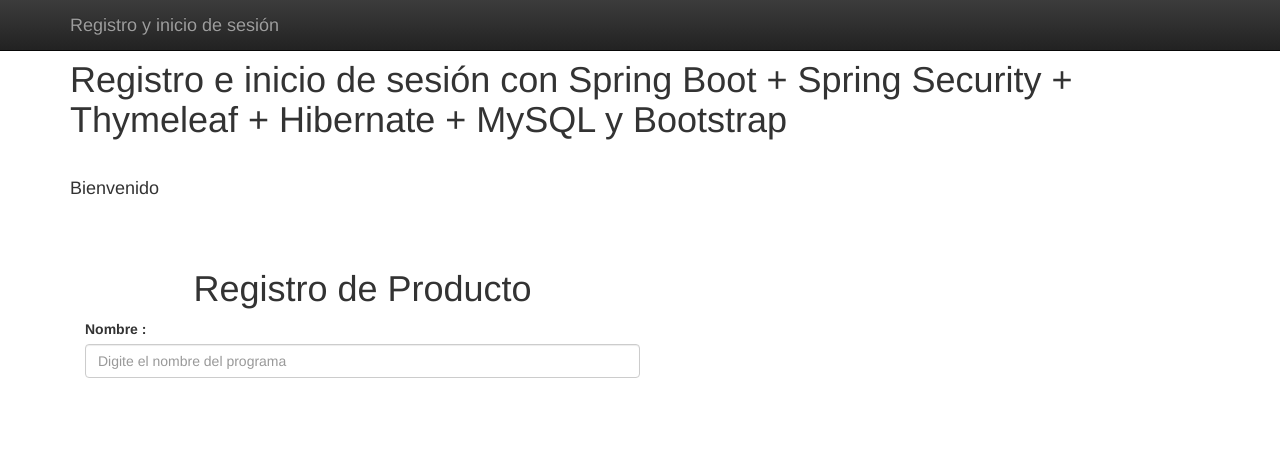
Repository: AndresBR2003/Proyecto-Integrador
Page: http://localhost/nuevo_programa
These files come from the project's save history. The page is drawn as it stood at one moment and after the next save; the edit follows.
The browser window is 1280 px wide. The pictures show the whole page.
The page is this project's Thymeleaf template; nobody is signed in. The template is opened directly, without the code that normally fills it, so the values that code supplies are empty.

Above is the page before, as saved 2023-10-14 08:39:44.
Console error (its wording comes from the project's code and is left out).

### UnidosPorUnPerúMejor/src/main/resources/templates/nuevo_programa.html
<!DOCTYPE html>
<html xmlns:th="http://www.thymeleaf.org"
	xmlns:sec="http://www.thymeleaf.org/thymeleaf-extras-springsecurity3">
<head>

<meta charset="utf-8">
<title>Registro de Programas</title>
<!-- Latest compiled and minified CSS -->
<link rel="stylesheet"
	href="https://maxcdn.bootstrapcdn.com/bootstrap/3.3.7/css/bootstrap.min.css"
	integrity="sha384-BVYiiSIFeK1dGmJRAkycuHAHRg32OmUcww7on3RYdg4Va+PmSTsz/K68vbdEjh4u"
	crossorigin="anonymous">

<!-- Optional theme -->
<link rel="stylesheet"
	href="https://maxcdn.bootstrapcdn.com/bootstrap/3.3.7/css/bootstrap-theme.min.css"
	integrity="sha384-rHyoN1iRsVXV4nD0JutlnGaslCJuC7uwjduW9SVrLvRYooPp2bWYgmgJQIXwl/Sp"
	crossorigin="anonymous">
</head>
<body>


	<nav class="navbar navbar-inverse navbar-fixed-top">
		<div class="container">
			<div class="navbar-header">
				<button type="button" class="navbar-toggle collapsed"
					data-toggle="collapse" data-target="#navbar" aria-expanded="false"
					aria-controls="navbar">
					<span class="sr-only">Toggle navigation</span> <span
						class="icon-bar"></span> <span class="icon-bar"></span> <span
						class="icon-bar"></span>
				</button>
				<a class="navbar-brand" href="#" th:href="@{/}">Registro y
					inicio de sesión</a>
			</div>
			<div id="navbar" class="collapse navbar-collapse">
				<ul class="nav navbar-nav">
					<li sec:authorize="isAuthenticated()"><a th:href="@{/logout}">Cerrar
							sesión</a></li>
				</ul>
			</div>
		</div>
	</nav>

	<br>
	<br>

	<div class="container">
		<h1>Registro e inicio de sesión con Spring Boot + Spring Security
			+ Thymeleaf + Hibernate + MySQL y Bootstrap</h1>
		<br>
		<h4>
			Bienvenido <span sec:authentication="principal.username"></span>
		</h4>

		<br> <br>

		<div class="container">
		<div class="row">
			<div class="col-lg-6 col-md-6 col-sm-6 container justify-content-center card">
				<h1 class="text-center">Registro de Producto</h1>
				<div class="carf-body">
					<form th:action="@{/guardar}" th:object="${programa}" method="post">

						<div class="form-group">
							<label>Nombre : </label>
							<input type="text" name="nombre" th:field="*{nombrePro}" class="form-control" placeholder="Digite el nombre del programa" required>
						</div>

					</form>
				</div>
			</div>
		</div>
		</div>
	</div>



	<!-- Latest compiled and minified JavaScript -->
	<script
		src="https://maxcdn.bootstrapcdn.com/bootstrap/3.3.7/js/bootstrap.min.js"
		integrity="sha384-Tc5IQib027qvyjSMfHjOMaLkfuWVxZxUPnCJA7l2mCWNIpG9mGCD8wGNIcPD7Txa"
		crossorigin="anonymous"></script>
</body>
</html>

After the next save:
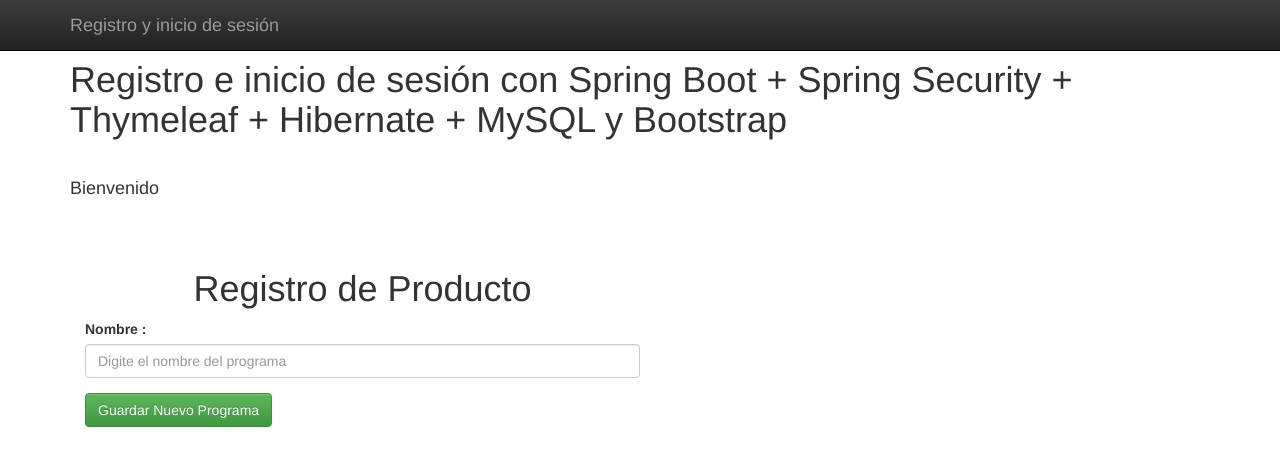
Saved 3 min 5 s later.
--- a/UnidosPorUnPerúMejor/src/main/resources/templates/nuevo_programa.html
+++ b/UnidosPorUnPerúMejor/src/main/resources/templates/nuevo_programa.html
@@ -61,10 +61,12 @@
 				<h1 class="text-center">Registro de Producto</h1>
 				<div class="carf-body">
 					<form th:action="@{/guardar}" th:object="${programa}" method="post">
-
 						<div class="form-group">
 							<label>Nombre : </label>
 							<input type="text" name="nombre" th:field="*{nombrePro}" class="form-control" placeholder="Digite el nombre del programa" required>
+						</div>
+						<div>
+							<button class="btn btn-success">Guardar Nuevo Programa</button>
 						</div>
 
 					</form>
